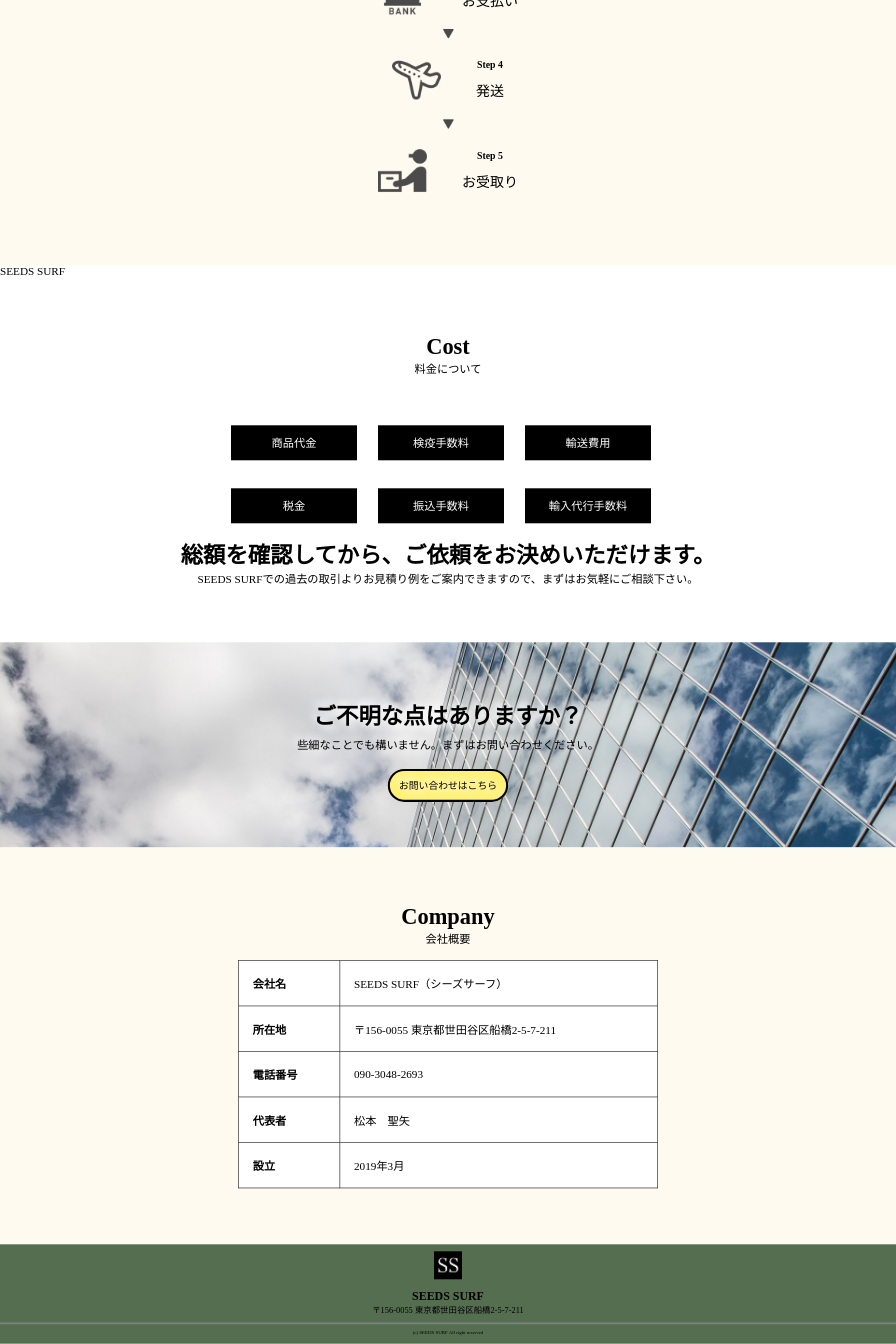
Repository: Seiya00002/seeds-surf-lp
Page: index.html
These files come from the project's save history. The page is drawn as it stood at one moment and after the next save; the edit follows.
The browser window is 1280 px wide. The pictures show the part of the page from y = 1761 to 3681 px (the page is 3681 px tall before and 3663 px after), at 70% of full size.

Above is the page before, as saved 2023-07-19 13:37:57.

### index.html
<!DOCTYPE html>
<html lang="ja">
<head>
    <meta charset="UTF-8">
    <meta http-equiv="X-UA-Compatible" content="IE=edge">
    <meta name="viewport" content="width=device-width, initial-scale=1.0,
    minimum-scale=1, maximum-scale=1, user-scalable=no">
    <title>輸入代行SEEDS SURF</title>
    <link rel="stylesheet" href="css/style.css">
</head>
<body>
    <header>
        <div class="header_left">
            <img src="img/sslogo.jpg"
                alt="logo"
                width="40"
                height="40"
                class="logo">
            <h1>植物専門・輸入代行</h1>

        </div>
        <!-- <div class="header_right">
            <img src="img/tel_logo.png"
                alt="tel_logo"
                width="35"
                height="35"
                class="tel_logo">
            <div class="header_contact">
                <h2>090-3048-2693</h2>
                <p>（平日9:00 ~ 18:00）</p>
            </div>
        </div> -->
    </header>

    <main>
        <div class="top_wrapper">
            <div class="container">
                <div class="hero_message">
                    <!-- <img src="./img/cream-spike.jpg" alt="Image"> -->
                    <div class="calculation-app">
                        <h2>お見積り計算シュミレーション</h2>

                            <p>仕入れ先の地域を選択して下さい。</p>
                            <form name="form1">
                                <select name="place">
                                    <option value="1.3">北米</option>
                                    <option value="1.2">ヨーロッパ</option>
                                    <option value="1">アジア</option>
                                </select>
                            </form>

                            <p>箱のサイズの予想を選択して下さい。</p>
                            <form name="form2">
                                <select name="box">
                                    <option value="18350">15kg</option>
                                    <option value="13350">10kg</option>
                                    <option value="8150">5kg</option>
                                </select>
                            </form>
                            <p>およその商品代金を入力して下さい。</p>
                            <label>￥</label><input
                            type="text"
                            id="price"
                            value=""
                            placeholder="金額を入力して下さい。"
                            maxlength="7"
                            size="20"
                            ></label>

                            <br>
                            <br>
                            <div class="btn-box">
                                <button id="button">計算Go!!</button>
                            </div>
                    </div>
                </div>
            </div>
        </div>


        <!-- 見積り表 -->
    <div id="estimate_table" class="estimate_wrapper">
        <div class="container">
            <h3>予想お見積り表</h3>
            <table align="center" class="estimate">
                <tr>
                    <th>商品代金</th>
                    <td>¥<span id="span2"></span></td>
                </tr>
                <tr>
                    <th>検疫手数料</th>
                    <td>¥<span id="span3"></span></td>
                </tr>
                <tr>
                    <th>送料</th>
                    <td>¥<span id="span4"></span></td>
                </tr>
                <tr>
                    <th>弊社代行手数料</th>
                    <td>¥<span id="span5"></span></td>
                </tr>
                <tr>
                    <th>海外送金手数料</th>
                    <td>¥<span id="span6"></span></td>
                </tr>
                <tr>
                    <th>税金</th>
                    <td>¥<span id="span7"></span></td>
                </tr>
                <tr>
                  <th class="total">合計</th>
                  <th class="total">¥<span id="span1"></span></th>
              </tr>
            </table>
            <h4>詳しくは下記の「Cost」欄をご覧下さい。</h4>
        </div>
    </div>
        <div class="top_message">
            <div class="container">
                <div class="message">
                    <h1>植物専門の輸入代行とは</h1>
                    <p><img class="check" src="./img/check_icon.png"> 観葉植物などで検疫やワシントン条約に関わる特殊なお手続きを代行いたします。
                        <br><img class="check" src="./img/check_icon.png"> 言語や情報の壁のある現地業社との交渉から購買代行ご対応いたします。
                        <br><img class="check" src="./img/check_icon.png"> 仕入れ先の現地優良業社をご紹介いたします。
                    </p>

                </div>
            </div>
        </div>

        <div class="project_wrapper">
            <div class="container">
                <div class="projects">
                    <div class="project">
                        <div class="project_icon">
                            <img src="img/project_imag1.jpg">
                            <h2>「迅速・柔軟サービス」</h2>
                        </div>
                        <p class="text_contents">フットワークの軽いスタッフが、柔軟にお客様のご要望にご対応いたします。大変な植物の特殊なお手続きを出来る限りスムーズなお取引きを実現いたします。</p>

                    </div>
                    <div class="project">
                        <div class="project_icon">
                            <img src="img/pro_airport.jpg">
                            <h2>「全世界対応」</h2>
                        </div>
                        <p class="text_contents">全地域の現地業社との交渉、購買手続きにご対応いたします。</p>

                    </div>
                    <div class="project">
                        <div class="project_icon">
                            <img src="img/project_img3.jpg">
                            <h2>「現地企業のご紹介サービス」</h2>
                        </div>
                        <p class="text_contents">私たちは信頼出来る優良な業者様とお付き合いがございます。お取引き業者をお持ちでない方も、今すぐ輸入事業を始めることが出来ます。</p>
                    </div>
                        <div class="clear"></div>

                </div>
            </div>
        </div>
        <div class="service_wrapper">
            <div class="container">
                <div class="service_heading">
                    <h1>Frow</h1>
                    <p>輸入取引の流れ</p>
                </div>
                <div class="step">
                    <img src="img/person_img.png"
                    class="step_icon">
                    <div class="step_cont">
                        <h2>Step 1</h2>
                        <p>現地企業交渉</p>
                    </div>
                </div>
                <img src="img/down_img.png" class="step_icon2">

                <div class="step">
                    <img src="img/cal_img.png"
                    class="step_icon">
                    <div class="step_cont">
                        <h2>Step 2</h2>
                        <p>お見積り</p>
                    </div>
                </div>
                <img src="img/down_img.png" class="step_icon2">

                <div class="step">
                    <img src="img/bank_img.png"
                    class="step_icon">
                    <div class="step_cont">
                        <h2>Step 3</h2>
                        <p>お支払い</p>
                    </div>
                </div>
                <img src="img/down_img.png" class="step_icon2">
                <div class="step">
                    <img src="img/airp_imag.png"
                    class="step_icon">
                    <div class="step_cont">
                        <h2>Step 4</h2>
                        <p>発送</p>
                    </div>
                </div>
                <img src="img/down_img.png" class="step_icon2">
                <div class="step">
                    <img src="img/drivery_img.png"
                    class="step_icon">
                    <div class="step_cont">
                        <h2>Step 5</h2>
                        <p>お受取り</p>
                    </div>
                </div>
            </div>
        </div>

        <!-- スライドショー -->
        <div class="slide_wrapper">
            <div id="slide" class="slideshow">
                <p class="disc">SEEDS SURF</p>
                <a class="arrow next" id="right" href="#"></a>
                <a class="arrow back" id="left" href="#"></a>
            </div>
        </div>

        <div class="cost_wrapper">
            <div class="container">
                <div class="cost_heading">
                    <h1>Cost</h1>
                    <p>料金について</p>
                </div>
                <div class="cost_cont">
                    <div class="list01">
                        <p>商品代金</p>
                    </div>
                    <div class="list01">
                        <p>検疫手数料</p>
                    </div>
                    <div class="list01">
                        <p>輸送費用</p>
                    </div>
                    <div class="list02">
                        <p>税金</p>
                    </div>
                    <div class="list02">
                        <p>振込手数料</p>
                    </div>
                    <div class="list02">
                        <p>輸入代行手数料</p>
                    </div>
                    <!-- <div class="clear"></div> -->
                </div>
                <div class="cost_message">
                    <h1>総額を確認してから、ご依頼をお決めいただけます。</h1>
                    <p>SEEDS SURFでの過去の取引よりお見積り例をご案内できますので、まずはお気軽にご相談下さい。</p>
                </div>
            </div>
        </div>
        <div class="contact_wrapper">
            <div class="container">
                <h1>ご不明な点はありますか？</h1>
                <p>些細なことでも構いません。まずはお問い合わせください。</p>
                <a href="https://seeds-surf.com/%e3%81%8a%e5%95%8f%e3%81%84%e5%90%88%e3%82%8f%e3%81%9b/" class="btn contact">お問い合わせはこちら</a>
                <!-- <h2>TEL : 090-3048-2693</h2> -->
                <!-- <p>メールフォームよりお問い合わせ下さい。<br>営業時間：平日10：00〜19：00</p> -->
            </div>
        </div>

        <!-- 会社概要 -->
        <div class="company_wrapper">
            <div class="container">
                <h1>Company</h1>
                <p>会社概要</p>
                <table align="center" class="company">
                    <tr>
                        <th>会社名</th>
                        <td>SEEDS SURF（シーズサーフ）</td>
                    </tr>
                    <tr>
                        <th>所在地</th>
                        <td>〒156-0055 東京都世田谷区船橋2-5-7-211</td>
                    </tr>
                    <tr>
                        <th>電話番号</th>
                        <td>090-3048-2693</td>
                    </tr>
                    <tr>
                        <th>代表者</th>
                        <td>松本　聖矢</td>
                    </tr>
                    <tr>
                        <th>設立</th>
                        <td>2019年3月</td>
                    </tr>
                </table>
            </div>
        </div>


    </main>

    <footer>
        <div class="container">
                <img src="img/sslogo.jpg"
                    alt="logo"
                    width="40"
                    height="40"
                    class="logo">
                <h1>SEEDS SURF</h1>
                <p>〒156-0055 東京都世田谷区船橋2-5-7-211</p>
                <hr color="gray">
                <small>(c) SEEDS SURF All right reserved</small>
        </div>
    </footer>

    <script src="./app.js"></script>
</body>
</html>

### css/style.css
/* all */
*{
    box-sizing: border-box;
    margin: 0;
    padding: 0;
}

h1 {
    font-family: 'Times New Roman', Times, serif;

}

h2 ,h3 ,p {
    font-family: 'Hiragino Sans';

}
/* header */

header {
    height: 70px;
    display: flex;
    align-items: center;
    position: absolute;
}

.header_left {
    display: flex;
}

/* .header_right {
    display: flex;
    margin: 0 0 0 auto;
} */

.logo {
    margin: 10px 10px;
}

.tel_logo {
    margin: 20px 10px;
}

header h1 {
    font-size: 23px;
    padding: 18px 10px;
    font-weight: 500px;
    text-shadow: 6px 6px 10px white, -6px -6px 10px white;

}

header h2 {
    font-size: 21px;
    padding: 15px 10px 0 0;
}

header p {
    padding-bottom: 10px;
}
.container {
    text-align: center;
    width: 100%;
}

/* main */

/* top */
.top_wrapper {
    color: white;
    width: 100%;
    height: auto;
}

.hero_message {
    background-image: url(../img/cream-spike.jpg);
    background-size: cover;

    font-size: 15px;
    color: black;
    height: 660px;
    min-width:100%;
    font-weight: bold;
    display: flex;
    justify-content: center;
    align-items: center;
    line-height: 2.5em;
}

.calculation-app {
    background: rgb(255, 255, 255,0.5);
    padding: 70px;
    border-radius: 10%;
}

.hero_message h2 {
    padding-bottom: 30px;
}

.top_message {
    background-color: rgb(85, 110, 80);
    color: white;
    padding: 30px 0;
}

.top_message p {
    padding-top: 20px;
    font-size: 17px;
    line-height: 1.6rem;
}

.check {
    width: 16px;
    height: 16px;
}

/* project_wrapper */
.project_wrapper {
    margin-bottom: 80px;
}

.project {
    float: left;
    width: 33%;
    padding: 20px 10px 20px 10px;
    height: 300px;

}

.project_icon {
    position: relative;

}

.project_icon h2 {
    position: absolute;
    top: 80px;
    width: 100%;
    color: white;
    font-weight: normal;

}

.clear {
    clear: left;
}

/* service_wrapper */
.service_wrapper {
    background-color: #fffaf0;
    padding: 80px 0;
}

.service_heading {
padding-bottom: 50px;
}

.step {
    display: flex;
    justify-content: center;
    align-items: center;
    padding: 20px 0;

}

.step_cont {
    padding-left: 50px;
}

.step_icon {
    width: 70px;
    height: 70px;

}

.step_icon2 {
    width: 15px;
    height: 15px;

}

.step h2 {
    font-size: 14px;
}

.step p {
    font-size: 20px;
    padding-top: 13px;
}

/* costについて */
.cost_wrapper {
    padding: 80px 0;
}

.cost_cont {
    padding-top: 50px;
    width: 650px;
    margin: 0 auto;
    flex-wrap: wrap;
    display: flex;

}


.list01 {
    background-color: black;
    width: 180px;
    height: 50px;
    color: white;
    margin: 20px 15px;
    justify-content: center;
    padding-top: 12px;

}

.list02 {
    background-color: black;
    width: 180px;
    height: 50px;
    color: white;
    margin: 20px 15px;
    justify-content: center;
    padding-top: 12px;


}



/* contact_wrapper */
.contact_wrapper {
    background-image: url(../img/sky&office_img.jpeg);
    padding: 80px 0;
    background-size: cover;
    text-shadow: 6px 6px 10px white, -6px -6px 10px white;
    font-weight: 530;
}


.contact_wrapper p {
    padding:8px 0 35px 0;
}

.btn {
    width: 180px;
    height: 35px;
    padding: 13px;
    font-size: 14px;
    color: black;
    background-color:#fff176;
    border: black solid;
    border-radius: 24px;
    user-select: none;
    cursor: pointer;
    text-decoration: none;
}

.btn:hover {
    opacity: .7;
}

.contact_wrapper h2 {
    padding-top: 35px;
}

/* company_wrapper */
.company_wrapper {
    padding: 80px 0;
    background-color: #fffaf0;

}

.company_wrapper p {
    padding-bottom: 20px;
}

table.company {
    border-collapse: collapse;
    width: 600px;
    background-color: white;
    margin: auto;
}

th, td {
    border: solid 1px #333;
    padding: 20px;
}

.company th,td {
    text-align: left;
}


/* footer */

footer {
    background-color: rgb(85, 110, 80);
    color: black;
    padding-bottom: 10px;

}

footer h1 {
    font-size: 17px;
}

footer p {
    font-size: 12px;
    padding-bottom: 10px;
}
small {
    font-size: 7px;

}


/* slideshow 追加 */
/* .slide_wrapper{
    max-width: 1200px;
    height: 600px;
    margin: auto;
    text-align: center;
}
/*画像配置*/
/* .slideshow{
    max-width: 100%;
    height: 100%;
    background-image: url(../img/import-img1.jpg);
    background-repeat: no-repeat;
    background-size: cover;
    background-position: 0% 50%;/*左 中央のよせ*/
/* } */ */
/*文字*/
/* .disc{
    margin: auto;
    text-align: center;
    font-size: 3em;
    color: #ffffff;
    font-weight: 800;
    padding-top:5%;
} */
/*>*/
/* .next{
    float: right;
    top: 160px;
    right: 50px;
} */
/*<*/
/* .back{
    float: left;
    top: 160px;
    bottom: 0px;
    left: 30px;
} */ */
/* 矢印のデザイン
.arrow{
    position: relative;
    display: inline-block;
    padding: 0 0 0 16px;
    color: #000;
    vertical-align: middle;
    text-decoration: none;
    font-size: 15px;
}
.arrow::before,
.arrow::after{
    position: absolute;
    top: 0;
    bottom: 0;
    left: 0;
    margin: auto;
    content: "";
    vertical-align: middle;
}

.next::before{
    left: 0px;
    width: 30px;
    height: 30px;
    border-top: 5px solid rgb(255, 255, 255);
    border-right: 5px solid rgb(255, 255, 255);
    -webkit-transform: rotate(45deg);
    transform: rotate(45deg);
}
.back::before{
    left: 0px;
    width: 30px;
    height: 30px;
    border-bottom: 5px solid rgb(255, 255, 255);
    border-left: 5px solid rgb(255, 255, 255);
    -webkit-transform: rotate(45deg);
    transform: rotate(45deg);
} */
/* CSSアニメーションの指定 */
.slideshow{
    transition: background-image 1s ease-in;
}

/* 計算シュミレーション追加 */
.btn-box button {
    width: 180px;
    height: 35px;
    padding: 6px;
    font-size: 14px;
    color: black;
    background-color:#fff176;
    border: black solid;
    border-radius: 24px;
    user-select: none;
    cursor: pointer;
  }

  .btn-box button:hover {
    opacity: .7;
  }


/* 見積り表追加 */
.estimate_wrapper {
    display: none;
    background-color: #fffaf0;
    padding: 40px 0;
}
.estimate_wrapper h3 {
    padding-bottom: 20px;
}
.estimate_wrapper h4 {
    padding-top: 20px;
}

table.estimate {
    border-collapse: collapse;
    width: 450px;
    background-color: white;
    margin: auto;
}

.estimate th{
    padding: 15px 20px;
    text-align: center;
}

.estimate td{
    text-align: center;
}

th.total {
    background: rgb(224, 224, 224);
}

.estimate_wrapper.appear {
    display: block;
    animation: .5s fadeIn;
  }

  @keyframes fadeIn {
    0% {
      opacity: 0;
      transform: translateY(-10px);
    }
    100% {
      opacity: 1;
      transform: none;
    }
  }

/* レスポンシブ */
  @media (max-width: 670px) {


    .cost_cont h2 {
        width: 50%;
    }
    .list01 {
        width: 40%;
        margin: 20px auto;
    }
    .list02 {
        width: 40%;
        margin: 20px auto;

    }
    table.company {
        width: 80%;
        font-size: 14px;
    }
    .cost_cont {
        width: 100%;
    }
    table.estimate {
        width: 80%;
    }
    .calculation-app {
        padding: 20px;
    }

}
@media (max-width: 1000px) {
    .project {
        width: 50%;
    }
}

@media (max-width: 670px) {
    .project {
        width: 100%;
    }
}

### app.js
window.onload =
function (){

// スライドショー機能
//     let images = [
//         'url(./img/import-img1.jpg)',
//         'url(./img/import-img2.jpg)',
//         'url(./img/import-img3.jpg)'
//     ]

//     let target = document.querySelector('#slide');
//     let right = document.querySelector('#right');
//     let left = document.querySelector('#left');

//     // 画像カウンター表示
//     let count = 0;

//     function change(){
//         target.style.backgroundImage = images[count];
//         if( count == 2){
//             count = 0;
//         } else {
//             count++;
//         }
//     }

//     function goNext(event) {
//         event.preventDefault();
//         change();
//     }

//     function goBack(event) {
//         event.preventDefault();
//         if( count == 0){
//             count = 2;
//         } else {
//             count--;
//         } change();
//     }

//     right.addEventListener( 'click', goNext, false);
//     left.addEventListener( 'click', goBack, false);


// setInterval(change, 3000);


// 計算シュミレーションapp

let button = document.getElementById("button");
button.onclick = clickBtn1;

function clickBtn1(){

    const place = document.form1.place;
    const box = document.form2.box;
    const price = document.getElementById('price');

    // 値(数値)を取得
    const num = place.selectedIndex;
    const boxnum = box.selectedIndex;
    console.log(boxnum);

    // 値(数値)から値(value値)を取得
    let region = place.options[num].value;
    let boxPrice = box.options[boxnum].value;
    let plantsPriceString = price.value;

    let plantsPrice = parseInt(plantsPriceString, 10); // plantsPriceStringを数値に変換

    const phyto = 10000;
    let argent = plantsPrice * 0.2;
    let boxCalc = boxPrice*region

    let boxPriceValue = parseInt(boxCalc, 10);

    let sendingMoneyNum = (plantsPrice + boxPriceValue) * 0.0073;
    let sendingMoney = Math.round(sendingMoneyNum);
    let tax = plantsPrice * 0.07;

    let taxValue = parseInt(tax, 10);
    let sendingMoneyNumValue = parseInt(sendingMoney, 10);


    let estimateNum = ( region * boxPrice) + (plantsPrice *0.2) + phyto + plantsPrice + sendingMoneyNumValue + taxValue;
    let plantsValue = plantsPrice.toLocaleString();
    let phytoFee = phyto.toLocaleString();
    let boxFee = boxPriceValue.toLocaleString();
    let argentFee = argent.toLocaleString();
    let sendingMoneyFee = sendingMoney.toLocaleString();
    let taxFee = tax.toLocaleString();
    let estimate = estimateNum.toLocaleString();

    document.getElementById("span1").textContent = estimate;
    document.getElementById("span2").textContent = plantsValue;
    document.getElementById("span3").textContent = phytoFee;
    document.getElementById("span4").textContent = boxFee;
    document.getElementById("span5").textContent = argentFee;
    document.getElementById("span6").textContent = sendingMoneyFee;
    document.getElementById("span7").textContent = taxFee;

  }

// 見積り表示切り替え

const btn = document.getElementById('button')
btn.addEventListener('click', () => {
    const estimate_table = document.getElementById('estimate_table');
    const priceForm = document.getElementById('price');

    if(priceForm.value ===''){
        window.alert('金額を入力して下さい。');
    } else {

    estimate_table.classList.toggle('appear');

    }

    if (btn.textContent == "計算Go!!") {
      btn.textContent = "閉じる";
    } else {
      btn.textContent = "計算Go!!";
    }
  });

};

After the next save:
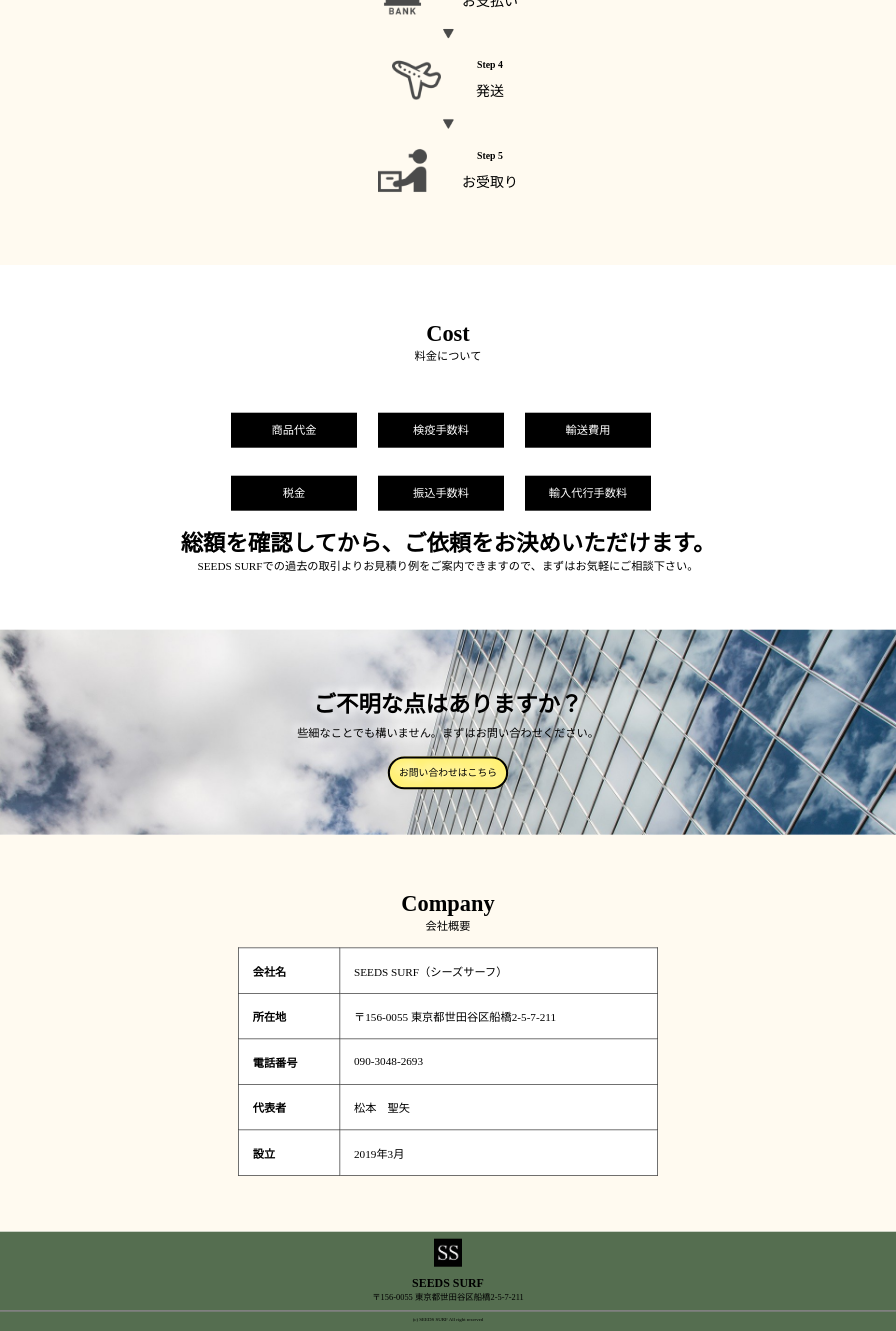
Saved 19 s later.
--- a/index.html
+++ b/index.html
@@ -215,14 +215,16 @@
         </div>
 
         <!-- スライドショー -->
-        <div class="slide_wrapper">
+        <!-- <div class="slide_wrapper">
             <div id="slide" class="slideshow">
                 <p class="disc">SEEDS SURF</p>
                 <a class="arrow next" id="right" href="#"></a>
                 <a class="arrow back" id="left" href="#"></a>
             </div>
-        </div>
-
+        </div> -->
+
+
+        <!-- コストwrapper -->
         <div class="cost_wrapper">
             <div class="container">
                 <div class="cost_heading">
